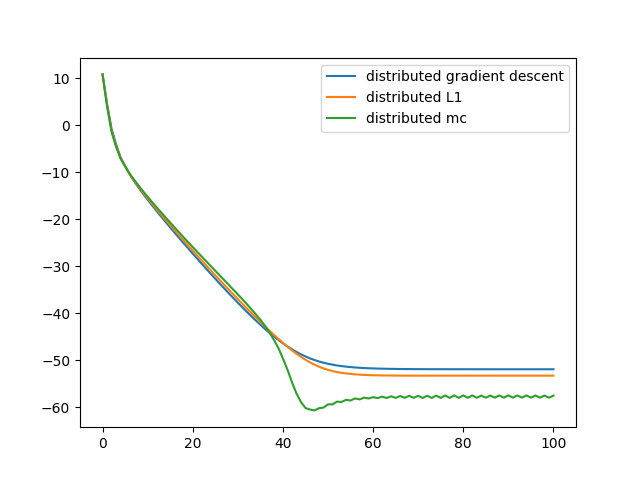
Repository: komuro-zero/distributed-optimization
Script's output: python main_wj_noisyd.py
The author's editor kept a copy of each file at every save. The script's output is drawn from the files as they stood at one save, then again after a run of saves.
Random numbers start from a fixed seed.

Above is the script's output before, as saved 2019-09-24 14:12:26.

After the next 2 saves:
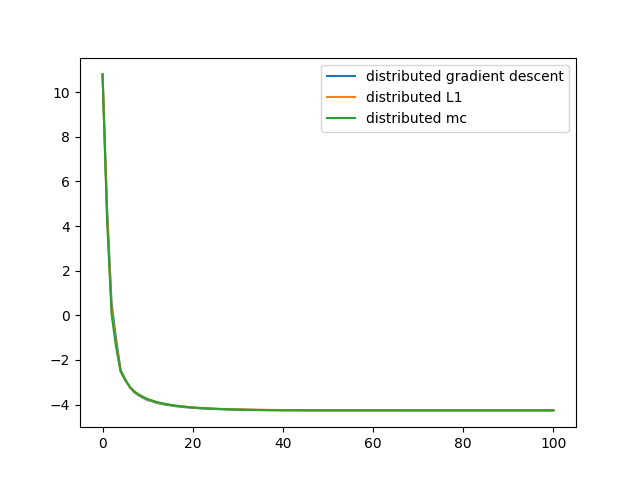
The 2 saves are shown as one change because they came seconds apart.
The last was saved 60 min 43 s later.
--- a/main_wj_noisyd.py
+++ b/main_wj_noisyd.py
@@ -31,6 +31,7 @@
         print(w_star)
         U_all = randn(self.m,self.N)
         w_star_noise = w_star+randn(self.N,1)/1000
+        w_star_noise = w_star_noise/np.dot(w_star_noise.T,w_star_noise)
         d_all = np.dot(U_all,w_star_noise)
         L2 = np.dot(w_star.T,w_star)
 

After the save that followed:
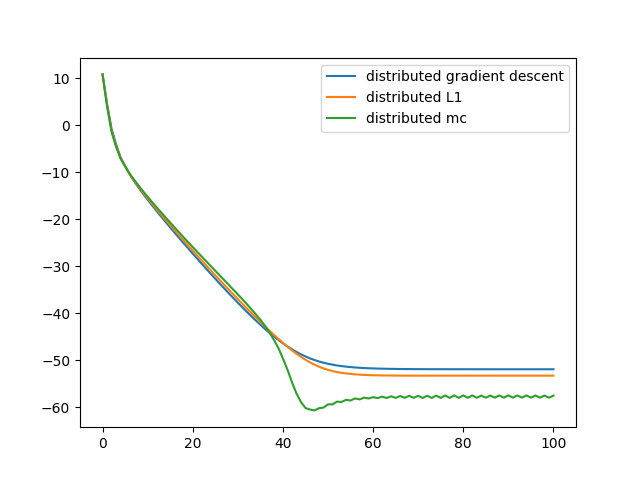
Saved 28 s later.
--- a/main_wj_noisyd.py
+++ b/main_wj_noisyd.py
@@ -31,7 +31,7 @@
         print(w_star)
         U_all = randn(self.m,self.N)
         w_star_noise = w_star+randn(self.N,1)/1000
-        w_star_noise = w_star_noise/np.dot(w_star_noise.T,w_star_noise)
+        #w_star_noise = w_star_noise/np.dot(w_star_noise.T,w_star_noise)
         d_all = np.dot(U_all,w_star_noise)
         L2 = np.dot(w_star.T,w_star)
 
